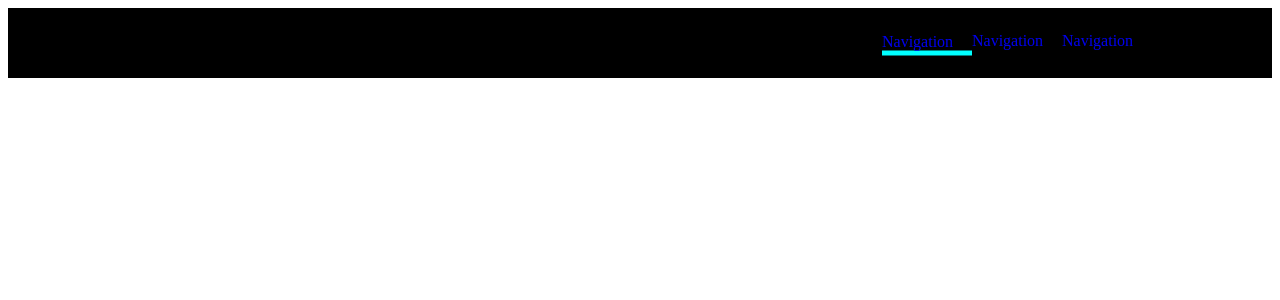
Repository: piotrokrutniak/Projekt-Studia
Page: index.html
The author's editor kept a copy of each file at every save. The page is drawn from the files as they stood at one save, then again after the next save.
The browser window is 1280 px wide. The pictures show the whole page.
The pointer rests on the first visible `.navigation-link`.

Above is the page before, as saved 2023-03-04 02:34:52.

After the next save:
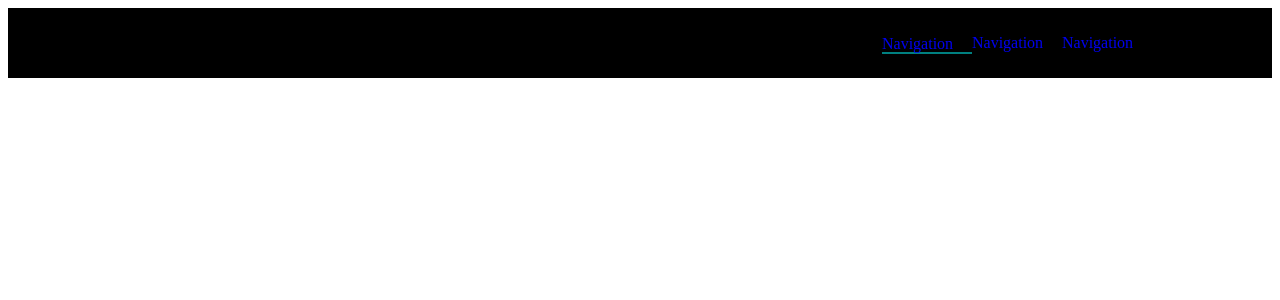
Saved 5 s later.
--- a/styles.css
+++ b/styles.css
@@ -32,7 +32,7 @@ a{
 
 .navigation-link:hover{
     top: 1px;
-    border-bottom: 5px solid;
+    border-bottom: 1px solid;
     border-color: aqua;
 }
 
